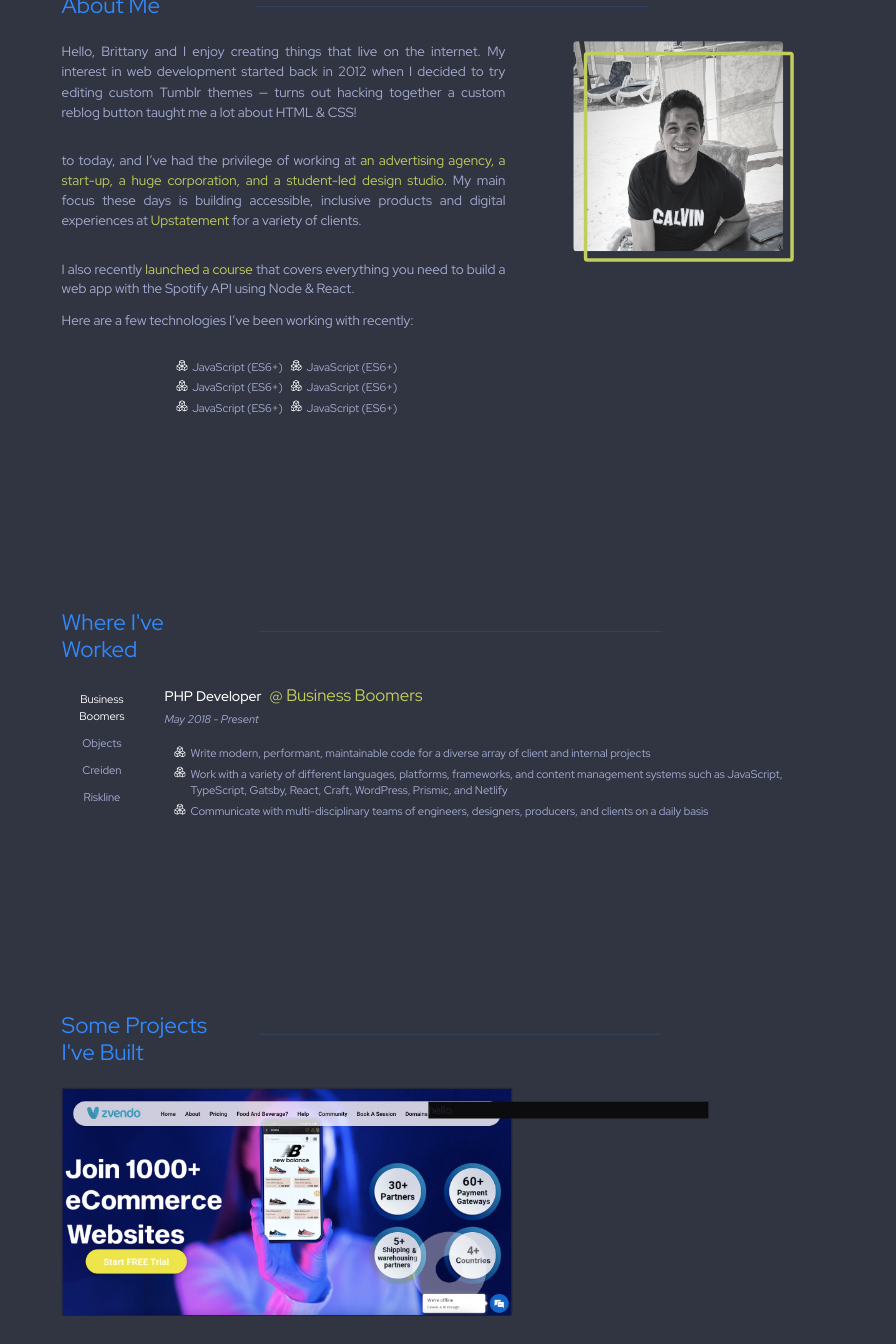
Repository: aya7abbal/Talaat-s-Portfolio
Page: index.html
The author's editor kept a copy of each file at every save. The page is drawn from the files as they stood at one save, then again after the next save.
The browser window is 1280 px wide. The pictures show the part of the page from y = 897 to 2817 px (the page is 2817 px tall), at 70% of full size.
Some web libraries are served in a nearby version. The style sheet was rebuilt from its Sass, Less or Tailwind sources for each picture, by a compiler version that may differ from the author's.

Above is the page before, as saved 2022-02-07 18:59:10.

### index.html
<!DOCTYPE html>
<html lang="en">
  <head>
    <!-- Required meta tags -->
    <meta charset="utf-8" />
    <meta name="viewport" content="width=device-width, initial-scale=1" />

    <!-- Bootstrap CSS -->
    <link
      href="https://cdn.jsdelivr.net/npm/bootstrap@5.0.2/dist/css/bootstrap.min.css"
      rel="stylesheet"
      integrity="sha384-EVSTQN3/azprG1Anm3QDgpJLIm9Nao0Yz1ztcQTwFspd3yD65VohhpuuCOmLASjC"
      crossorigin="anonymous"
    />

    <!-- Favicon -->
    <link
      rel="shortcut icon"
      type="image/x-icon"
      href="./images/favicon/favicon.ico"
    />

    <!-- Font Awesome -->
    <script
      src="https://kit.fontawesome.com/fd7fa2f891.js"
      crossorigin="anonymous"
    ></script>

    <!-- Bootstrap Icons -->
    <link
      rel="stylesheet"
      href="https://cdn.jsdelivr.net/npm/bootstrap-icons@1.8.0/font/bootstrap-icons.css"
    />

    <!-- Main Stylesheet -->
    <link rel="stylesheet" href="./styles/styles.css" />

    <title>Ahmed's Portfolio</title>
  </head>
  <body>
    <!-- Navbar -->
    <nav class="navbar navbar-expand-md navbar-dark py-3">
      <div class="container-fluid d-flex justify-content-between">
        <div class="navbar-logo">
          <a class="navbar-brand navbar-border navbar-content__hidden" href="#"
            >AT</a
          >
        </div>

        <!-- Offcanvas  Hidden MENU -->
        <div class="offcanvas-menu">
          <button
            class="btn navbar-content__hidden rotating-icon"
            type="button"
            data-bs-toggle="offcanvas"
            data-bs-target="#offcanvasRight"
            aria-controls="offcanvasRight"
          >
            <i class="bi bi-x-diamond fs-2 text-white"></i>
          </button>
          <div
            class="offcanvas offcanvas-end"
            tabindex="-1"
            id="offcanvasRight"
            aria-labelledby="offcanvasRightLabel"
          >
            <div class="offcanvas-header">
              <h5 id="offcanvasRightLabel"></h5>
              <button
                type="button"
                class="btn text-reset"
                data-bs-dismiss="offcanvas"
                aria-label="Close"
              >
                <i class="bi bi-x-diamond fs-2 text-white rotated-icon"></i>
              </button>
            </div>
            <div class="offcanvas-body">
              <ul class="navbar-nav text-center">
                <li class="nav-item">
                  <a class="nav-link active" aria-current="page" href="#"
                    >About</a
                  >
                </li>
                <li class="nav-item">
                  <a class="nav-link" href="#">Experience</a>
                </li>
                <li class="nav-item">
                  <a class="nav-link" href="#">Work</a>
                </li>
                <li class="nav-item">
                  <a class="nav-link" href="#">Contact</a>
                </li>
                <li>
                  <a
                    class="btn btn-green my-4"
                    href="./Ahmed Talaat.pdf"
                    download
                  >
                    Resume</a
                  >
                </li>
              </ul>
            </div>
          </div>
        </div>

        <!-- NAVBAR Collapsable -->
        <div
          class="collapse navbar-collapse justify-content-between align-items-baseline"
          id="navbarNav"
        >
          <a class="navbar-brand navbar-border" href="#">AT</a>

          <ul class="navbar-nav">
            <li class="nav-item">
              <a class="nav-link active" aria-current="page" href="#">About</a>
            </li>
            <li class="nav-item">
              <a class="nav-link" href="#">Experience</a>
            </li>
            <li class="nav-item">
              <a class="nav-link" href="#">Work</a>
            </li>
            <li class="nav-item">
              <a class="nav-link" href="#">Contact</a>
            </li>
          </ul>

          <a
            class="btn btn-green"
            href="./Ahmed Talaat.pdf"
            download
          >Resume</a >
        </div>
      </div>
    </nav>
    <div class="body-wrapper">
      <!-- Introduction -->
      <div class="intro px-5">
        <h6>Hi, my name is</h6>

        <br />

        <h2>Ahmed Talaat.</h2>
        <h3 class="pb-2">I'm a Back-end Developer.</h3>

        <br />

        <p>
          I’m a software engineer specializing in building (and occasionally
          designing) exceptional digital experiences. Currently, I’m focused on
          building accessible, human-centered products at
          <a href="#">Riskline.</a>
        </p>

        <br />

        <a class=" btn btn-green btn-lg" href="https://calendly.com/atalaat-92/short-discussion?month=2022-02" target="_blank"> Book a Meeting</a>
      </div>

      <!-- About -->

      <div class="about px-5 row">
        <div class="section-header row">
          <div class="col-md-4 col-lg-3 col-5">
            <h4 class="py-4">About Me</h4>
          </div>
          <div class="col-md-8 col-lg-9 col-7">
            <hr />
          </div>
        </div>

        <!-- About Paragraph -->
        <div class="col-12 col-lg-7">
          <p>
            Hello, Brittany and I enjoy creating things that live on the
            internet. My interest in web development started back in 2012 when I
            decided to try editing custom Tumblr themes — turns out hacking
            together a custom reblog button taught me a lot about HTML & CSS!
          </p>
          <br />

          <p>
            to today, and I’ve had the privilege of working at
            <a href=""
              >an advertising agency, a start-up, a huge corporation, and a
              student-led design studio.</a
            >
            My main focus these days is building accessible, inclusive products
            and digital experiences at <a href="">Upstatement</a> for a variety
            of clients.
          </p>

          <br />
          <p>
            I also recently <a href="">launched a course</a> that covers
            everything you need to build a web app with the Spotify API using
            Node & React.
          </p>

          <p>Here are a few technologies I’ve been working with recently:</p>

          <div class="iconed-list d-flex justify-content-center">
            <ul class="row">
              <div class="col-6">
                <li>JavaScript (ES6+)</li>
                <li>JavaScript (ES6+)</li>
                <li>JavaScript (ES6+)</li>
              </div>

              <div class="col-6">
                <li>JavaScript (ES6+)</li>
                <li>JavaScript (ES6+)</li>
                <li>JavaScript (ES6+)</li>
              </div>
            </ul>
          </div>
        </div>

        <div class="col-12 col-lg-5 d-flex justify-content-center pb-5">
          <!-- About Image -->
          <div class="about-img">
           <div> <img
            src="./images/B903239F-D317-4387-9DFC-7195C9C90247_1_105_c.jpeg"
            alt=""
            width="300px"
            height="300px"
          /></div>
            <div class="about-img__border"></div>
          </div>
        </div>
      </div>

      <!-- Work -->

      <div class="work px-5">
        <div class="section-header row">
          <div class="col-md-4 col-lg-3 col-7">
            <h4 class="py-4">Where I've Worked</h4>
          </div>
          <div class="col-md-8 col-lg-9 col-5">
            <hr />
          </div>
        </div>
        <div>
          <!-- Nav tabs -->
          <div class="d-flex flex-md-row flex-column align-items-start">
            <div
              class="nav flex-md-column nav-pills me-3 mb-4 pe-md-3 nav-tabs"
              id="v-pills-tab"
              role="tablist"
              aria-orientation="vertical"
            >
              <button
                class="nav-link active"
                id="v-pills-home-tab"
                data-bs-toggle="pill"
                data-bs-target="#v-pills-home"
                type="button"
                role="tab"
                aria-controls="v-pills-home"
                aria-selected="true"
              >
                Business Boomers
              </button>
              <button
                class="nav-link"
                id="v-pills-profile-tab"
                data-bs-toggle="pill"
                data-bs-target="#v-pills-profile"
                type="button"
                role="tab"
                aria-controls="v-pills-profile"
                aria-selected="false"
              >
                Objects
              </button>
              <button
                class="nav-link"
                id="v-pills-messages-tab"
                data-bs-toggle="pill"
                data-bs-target="#v-pills-messages"
                type="button"
                role="tab"
                aria-controls="v-pills-messages"
                aria-selected="false"
              >
                Creiden
              </button>
              <button
                class="nav-link"
                id="v-pills-settings-tab"
                data-bs-toggle="pill"
                data-bs-target="#v-pills-settings"
                type="button"
                role="tab"
                aria-controls="v-pills-settings"
                aria-selected="false"
              >
                Riskline
              </button>
            </div>
            <div class="tab-content" id="v-pills-tabContent">
              <div
                class="tab-pane fade show active"
                id="v-pills-home"
                role="tabpanel"
                aria-labelledby="v-pills-home-tab"
              >
                <div class="work-title">
                  <h5 class="pe-2">PHP Developer</h5>
                  <h6>@ Business Boomers</h6>
                </div>
                <div class="work-date">
                  <i>May 2018 - Present </i>

                  <ul class="iconed-list">
                    <li>
                      Write modern, performant, maintainable code for a diverse
                      array of client and internal projects
                    </li>
                    <li>
                      Work with a variety of different languages, platforms,
                      frameworks, and content management systems such as
                      JavaScript, TypeScript, Gatsby, React, Craft, WordPress,
                      Prismic, and Netlify
                    </li>
                    <li>
                      Communicate with multi-disciplinary teams of engineers,
                      designers, producers, and clients on a daily basis
                    </li>
                  </ul>
                </div>
              </div>

              <div
                class="tab-pane fade"
                id="v-pills-profile"
                role="tabpanel"
                aria-labelledby="v-pills-profile-tab"
              >
                <div class="work-title">
                  <h5 class="pe-2">Back-end Developer</h5>
                  <h6>@ Objects</h6>
                </div>
                <div class="work-date">
                  <i>May 2018 - Present </i>

                  <ul class="iconed-list">
                    <li>
                      Write modern, performant, maintainable code for a diverse
                      array of client and internal projects
                    </li>
                    <li>
                      Work with a variety of different languages, platforms,
                      frameworks, and content management systems such as
                      JavaScript, TypeScript, Gatsby, React, Craft, WordPress,
                      Prismic, and Netlify
                    </li>
                    <li>
                      Communicate with multi-disciplinary teams of engineers,
                      designers, producers, and clients on a daily basis
                    </li>
                  </ul>
                </div>
              </div>

              <div
                class="tab-pane fade"
                id="v-pills-messages"
                role="tabpanel"
                aria-labelledby="v-pills-messages-tab"
              >
                <div class="work-title">
                  <h5 class="pe-2">Back-end Developer</h5>
                  <h6>@ Creiden</h6>
                </div>
                <div class="work-date">
                  <i>May 2018 - Present </i>

                  <ul class="iconed-list">
                    <li>
                      Write modern, performant, maintainable code for a diverse
                      array of client and internal projects
                    </li>
                    <li>
                      Work with a variety of different languages, platforms,
                      frameworks, and content management systems such as
                      JavaScript, TypeScript, Gatsby, React, Craft, WordPress,
                      Prismic, and Netlify
                    </li>
                    <li>
                      Communicate with multi-disciplinary teams of engineers,
                      designers, producers, and clients on a daily basis
                    </li>
                  </ul>
                </div>
              </div>

              <div
                class="tab-pane fade"
                id="v-pills-settings"
                role="tabpanel"
                aria-labelledby="v-pills-settings-tab"
              >
                <div class="work-title">
                  <h5 class="pe-2">Project Manager</h5>
                  <h6>@ Riskline</h6>
                </div>
                <div class="work-date">
                  <i>May 2018 - Present </i>

                  <ul class="iconed-list">
                    <li>
                      Write modern, performant, maintainable code for a diverse
                      array of client and internal projects
                    </li>
                    <li>
                      Work with a variety of different languages, platforms,
                      frameworks, and content management systems such as
                      JavaScript, TypeScript, Gatsby, React, Craft, WordPress,
                      Prismic, and Netlify
                    </li>
                    <li>
                      Communicate with multi-disciplinary teams of engineers,
                      designers, producers, and clients on a daily basis
                    </li>
                  </ul>
                </div>
              </div>
            </div>
          </div>
        </div>
      </div>

      <!-- Projects -->

      <div class="projects px-5">
        <div class="section-header row">
          <div class="col-md-4 col-lg-3 col-7">
            <h4 class="py-4">Some Projects I've Built</h4>
          </div>
          <div class="col-md-8 col-lg-9 col-5">
            <hr />
          </div>
        </div>

        <div class="project-card d-flex">
          <div class="card bg-dark text-white col-md-7">
            <img src="./images/project-1.jpeg" class="card-img" alt="...">
            <div class="card-img-overlay d-md-none">
              <h5 class="card-title">Card title</h5>
              <p class="card-text">This is a wider card with supporting text below as a natural lead-in to additional content. This content is a little bit longer.</p>
              <p class="card-text"></p>
            </div>
          </div>
          <div class="col-6 project-desc">
            hello
          </div>
        </div>
      </div>



    </div>


    <!-- Footer -->
    <footer>
      <div class="footer-left">
        <div class="footer-left__link">
          <i class="fab fa-github"><a href="#"></a></i>
        </div>
        <div class="footer-left__link">
          <i class="fab fa-twitter"><a href=""></a></i>
        </div>
        <div class="footer-left__link">
          <i class="fab fa-linkedin-in"><a href=""></a></i>
        </div>
        <div class="footer-left__link">
          <i class="fas fa-phone"><a href=""></a></i>
        </div>
        <div class="footer-left__link line"></div>
      </div>



      <div class="footer-right">
        <div class="footer-right__link">
          <a href="">@ahmed.talaat.92@hotmail.com</a>

        <div class="footer-right__link line"></div>
      </div>
    </footer>

    <!-- Bootstrap Bundle with Popper -->
    <script
      src="https://cdn.jsdelivr.net/npm/bootstrap@5.0.2/dist/js/bootstrap.bundle.min.js"
      integrity="sha384-MrcW6ZMFYlzcLA8Nl+NtUVF0sA7MsXsP1UyJoMp4YLEuNSfAP+JcXn/tWtIaxVXM"
      crossorigin="anonymous"
    ></script>
    <script type="module" src="./scripts/script.js"></script>
  </body>
</html>

### scripts/script.js
// const rotatingIcon = document.querySelector(".rotating-icon")
// const rotatedIcon = document.querySelector(".rotated-icon")


// rotatingIcon.addEventListener('click',function(event) {
// console.log(event)
//     rotatingIcon.style.display="hidden"
// })

### styles/styles.scss

// Fonts
@import url('https://fonts.googleapis.com/css2?family=Dosis:wght@200;300;400;500;600&family=Red+Hat+Display:ital,wght@0,300;0,400;0,500;0,600;0,700;0,900;1,300;1,400;1,500;1,600&family=Satisfy&display=swap');
// Partials
@import "./components/navbar";
@import"./components/footer";
@import "./variables/colors";
@import "./components/buttons";
@import "./variables/fonts";
@import "./components/pages";
@import "./variables/images";
@import "./components/projects";




// font-family: 'Dosis', sans-serif;
// font-family: 'Red Hat Display', sans-serif;
// font-family: 'Satisfy', cursive;

*{
font-family: 'Red Hat Display', sans-serif;
background-color: var(--navy);

}

body{
    margin: 0%;
    max-width: 100%;
    overflow-x: hidden;
    background-color: var(--navy);

    @media (min-width:768px) {
        padding: 40px;
    }
}

### styles/components/_navbar.scss
.navbar-content__hidden{
    display: none;
    @media (max-width:768px) {
        display: inline-block;
    }
}

.navbar-brand{
    border: solid 2px var(--green);
    border-radius: 5px 20px;
    padding: 8px;

    &:hover{
        background-color: var(--green);
    }
}

### styles/components/_footer.scss
footer {

    @media (max-width:768px) {
display: none;
    }

  .footer-left {
    position: fixed;
    bottom: 10px;
    left: 20px;
    i {
      font-size: 1.2em;
      color: white;
      margin: 20px 10px;
      &:hover{
          color: greenyellow;
          transform: translateY(-3px);
      }
    }

    .line {
      border-right: 1px solid white;
      padding: 20px;
      height: 100px;
      background-color: transparent;
      transform: translatex(-19px);
      margin-top: 15px;
    }
  }


  .footer-right {
    position: fixed;
    bottom: 10px;
    right: 20px;
    i{
      font-size: 1.2em;
      color: white;
      margin: 15px 10px;
      &:hover{
          color: greenyellow;
          transform: translateY(-3px);
      }


    }

    a{
        writing-mode: vertical-rl;
        transform: translatex(10px);
        color: white;
        font-size: 1em;
        &:hover{
            color: greenyellow;
            text-decoration: none;
        }
    }

    .line {
      border-right: 1px solid white;
      padding: 20px;
      height: 100px;
      background-color: transparent;
      transform: translatex(-19px);
      margin-top: 15px;
    }
  }
}

### styles/variables/_colors.scss
:root{
    --navy:#313441;
    --lgreen:#c1ce5e;
    --grey:#A4A6BF;
    --bblue:hsl(220, 47%, 62%);
    --green:#97A629;
    --lgreeno:#c1ce5e11;
    --lgrey:#bbc1dd;
    --mdgrey:#a4acd1;
    --blue:#3188fa;

}

### styles/components/_buttons.scss
.btn-green {
  border: 2px solid var(--green);
  padding: 8px;
  color:white;
  border-radius: 5px;

  &:hover {
    color: rgb(197, 197, 197);
    background-color: var(--lgreeno);
  }
}

.btn-blue{
    border: 2px solid var(--blue);
    padding: 8px;
    color:white;
    border-radius: 5px;

    &:hover {
      color: rgb(197, 197, 197);
      background-color: var(--bblue);
    }
}

.rotating-icon, .rotated-icon {
  transform: rotate(45deg) !important;
  z-index: 100;

  &:hover {
    transform: rotate(90deg) !important;
    transition: 0.6s;


  }
  &:active &:focus {
    transform: rotate(90deg) !important;
  }
}

### styles/variables/_fonts.scss



h2 {
  color: white;
  font-size: 2.3em;

  @media (min-width: 768px) {
    font-size: 2.9em;
  }
}

h3 {
  color: var(--blue);
  font-weight: 600;
  font-size: 2.2em;

  @media (min-width: 768px) {
    font-size: 2.7em;
  }
}

h4 {
  color: var(--blue);
  font-weight: 400;
  font-size: 1.5em;
  background-color: var(--navy);

  @media (min-width: 768px) {
    font-size: 2em;
  }
}

h5{
  color: white;
  display: inline-block;
}

h6 {
  font-size: 1.2em;
  color: var(--lgreen);
  font-weight: 400;
  display: inline-block;

  @media (min-width: 768px) {
    font-size: 1.5em;
  }
}

a {
  color: var(--lgreen);
  text-decoration: none;

  &:hover {
    color: var(--green);
    text-decoration: underline;
  }
}

ul{

    padding-top:20px;
    padding-bottom: 50px;
}
.iconed-list li{
    list-style-image:url(../svg/list.svg);
    color: var(--mdgrey);

    padding:10px 10px 0px 10px;
    margin: 5px;
    width: fit-content;
    padding: 0%;
}

p {
  font-size: 1.2em;
  color: var(--mdgrey);
  font-weight: 400;
  text-align: justify;

  @media (min-width: 768px) {
    font-size: 1.2em;
  }
}

i{
  color: var(--mdgrey);
}

.nav-tabs .nav-link{

  color: var(--mdgrey);
  background-color: transparent !important;
  // text-decoration: underline;
  text-decoration-color: var(--mdgrey);

  &:focus{
    background-color: transparent !important;
    color: var(--lgreen);
    border-bottom-color: var(--lgreen);

  }

  &:active{
    background-color: transparent !important;
    color: var(--lgreen);


  }



}

### styles/components/_pages.scss

// INTRODUCTION
.intro{
    padding-top: 160px;
}

// ABOUT


.section-header{
    padding-top:180px ;
    hr{
        position: relative;
        top:30%;
        color: var(--blue);
        width: 70%;
    }
}

#v-pills-tab{
    border: none;
}

### styles/variables/_images.scss
.about-img {
  height: fit-content;
  position: relative;
  display: flex;
  flex-direction: column;
  justify-content: center;


  img {
    // filter: invert(25%) sepia(77%) saturate(2565%) hue-rotate(200deg)
      // brightness(103%) contrast(96%) opacity(90%);
    border-radius: 5px;
    filter: grayscale(90%);
  }
  &:hover {
    img {
      filter: none;
    }
    .about-img__border{
        transform: translate(0px, 0px);
        transition: .1s;


    }
  }

  .about-img__border {
    position: absolute;
    border: 5px solid var(--lgreen);
    border-radius: 5px;
    width: 300px;
    height: 300px;
    transform: translate(15px, 15px);
    background-color: transparent;
  }
}

### styles/components/_projects.scss


.card-img-overlay {
    opacity: 90%;

}

.project-desc{
    background-color: rgb(12, 12, 15);
    height:fit-content;
    width: 400px;
    transform: translate(-120px,20px);
}

After the next save:
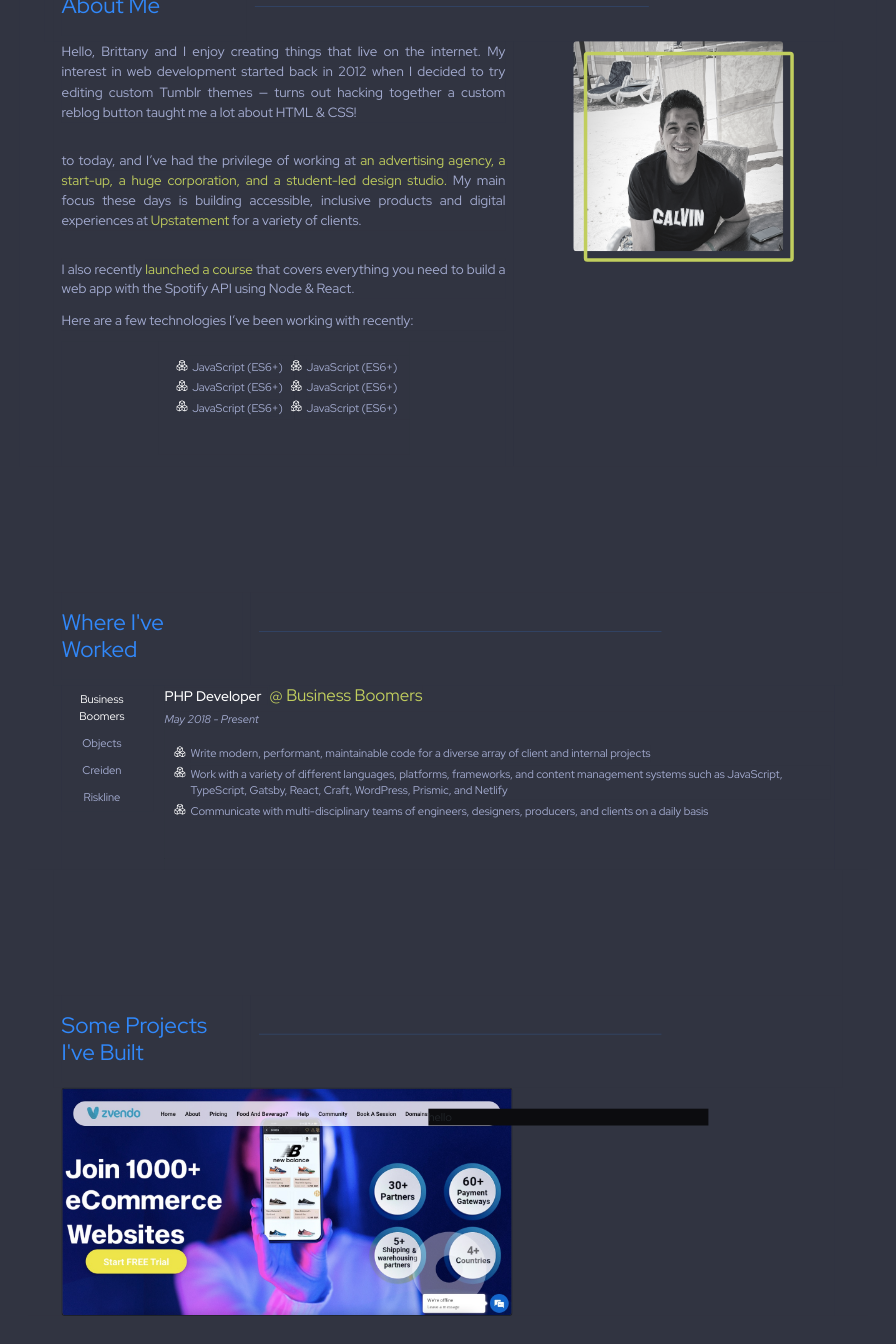
Saved 6 s later.
--- a/styles/components/_projects.scss
+++ b/styles/components/_projects.scss
@@ -9,5 +9,5 @@
     background-color: rgb(12, 12, 15);
     height:fit-content;
     width: 400px;
-    transform: translate(-120px,20px);
+    transform: translate(-120px,30px);
 }
